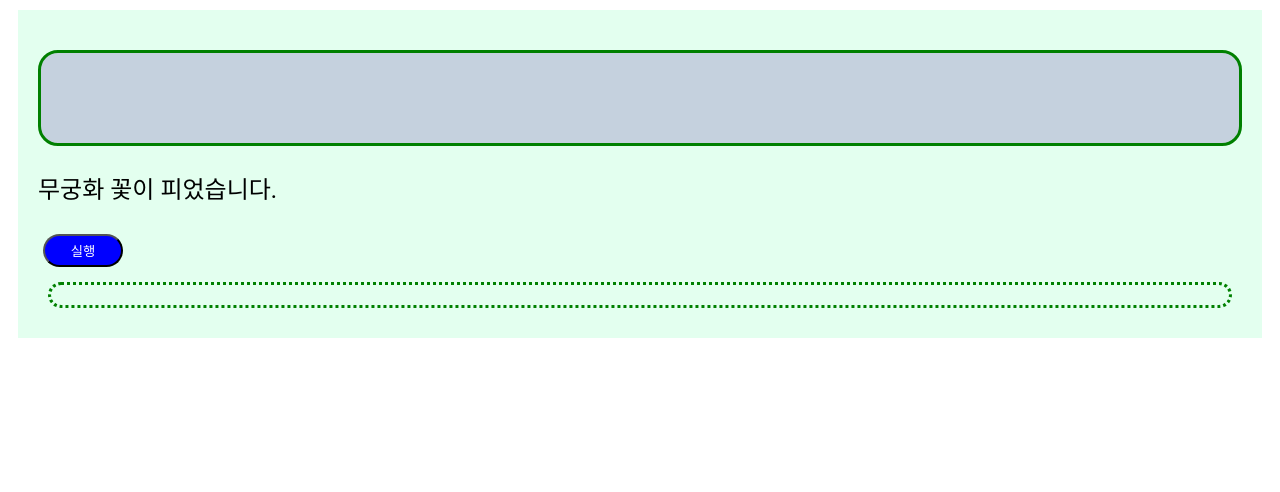
Repository: ypyp0205/jquery
Page: jqpro/WebContent/0214/css_method.html
The author's editor kept a copy of each file at every save. The page is drawn from the files as they stood at one save, then again after the next save.
The browser window is 1280 px wide. The pictures show the whole page.

Above is the page before, as saved 2020-02-14 02:35:42.

### jqpro/WebContent/0214/css_method.html
<!DOCTYPE html>
<html>
<head>
<meta charset="UTF-8">
<title>Insert title here</title>
<link rel="stylesheet" href="../CSS/mystyle.css">
<script src="../js/jquery-3.4.1.min.js" type="text/javascript"></script>

<script type="text/javascript">
	$(function(){
		$('p').click(function(){
			$(this).css('font-size', '+=2px');
		})
		$('#btn1').click(function(){
			psize = $('p').css('font-size');
			$('#result1').html(psize);
		})
	})
</script>
<style>
p {
	font-size: 1.5em;
}
</style>
</head>
<body>

	<div class="box">

		<h2></h2>

		<pre>

		</pre>
		<p>무궁화 꽃이 피었습니다.</p>

		<button type="button" id="btn1">실행</button>

		<div id="result1"></div>

	</div>
</body>
</html>

### jqpro/WebContent/CSS/mystyle.css
@CHARSET "UTF-8";

pre {
	height: auto;
	background: #efffef;
	border: 3px solid green;
	font-size: 20px;
	padding: 10px;
	border-radius: 20px;
}

.box {
	background: #e3ffef;
	margin: 10px;
	height: auto;
	padding: 20px;
}

.box div {
	border: 3px dotted green;
	height: auto;
	margin: 10px;
	padding: 10px;
	border-radius: 20px;
}

.box button {
	color: white;
	background: blue;
	padding: 5px;
	margin: 5px;
	width: 80px;
	border-radius: 40px;
}

.box pre {
	padding: 15px;
	color: blue;
	background: rgb(197, 209, 222);
	line-height: 1.5em;
	font-weight: bold;
	}

Loaded but not shown: jqpro/WebContent/js/jquery-3.4.1.min.js (library)

After the next save:
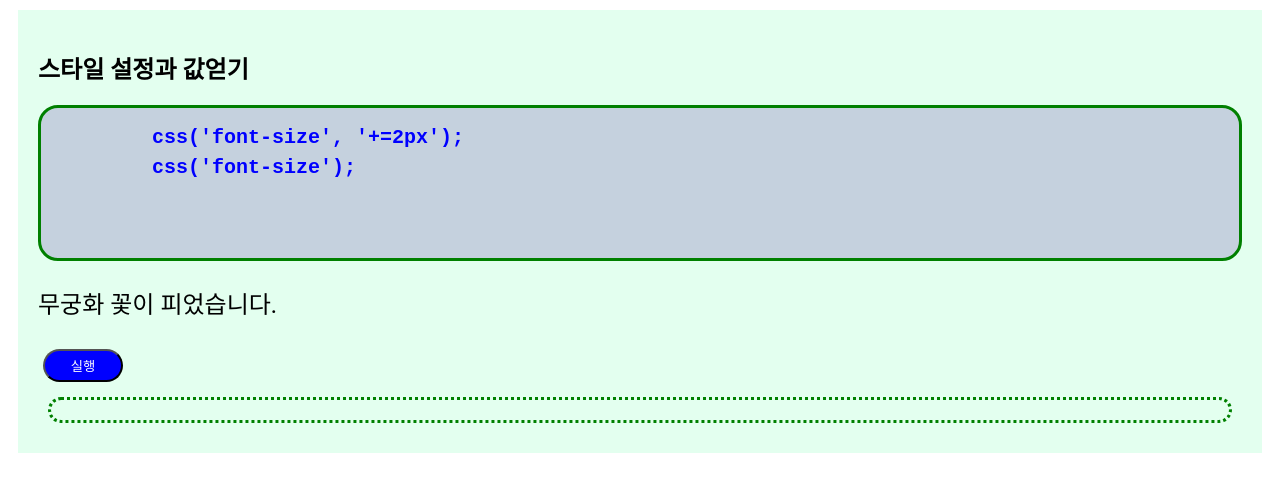
Saved 2 min 1 s later.
--- a/jqpro/WebContent/0214/css_method.html
+++ b/jqpro/WebContent/0214/css_method.html
@@ -27,9 +27,11 @@ p {
 
 	<div class="box">
 
-		<h2></h2>
+		<h2>스타일 설정과 값얻기</h2>
 
 		<pre>
+	css('font-size', '+=2px');
+	css('font-size');
 
 		</pre>
 		<p>무궁화 꽃이 피었습니다.</p>
